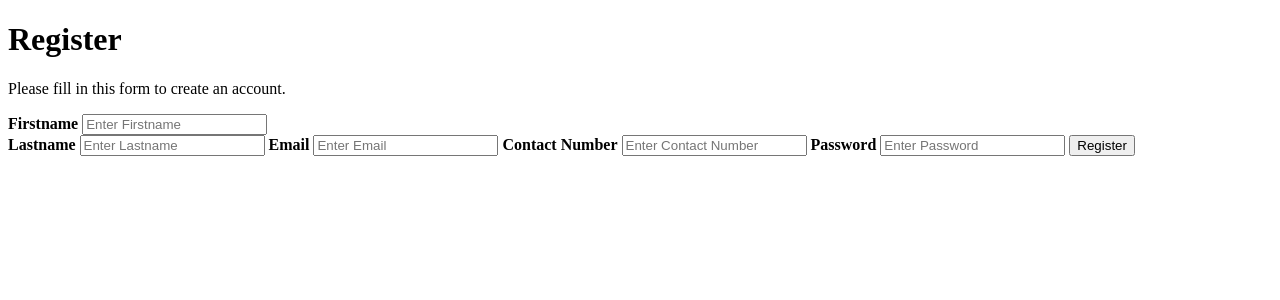
Repository: anmolvid/ServletProject
Page: LoginRegistrationApp/WebContent/Registration.html
The author's editor kept a copy of each file at every save. The page is drawn from the files as they stood at one save, then again after the next save.
The browser window is 1280 px wide. The pictures show the whole page.

Above is the page before, as saved 2019-01-22 08:59:32.

After the next save:
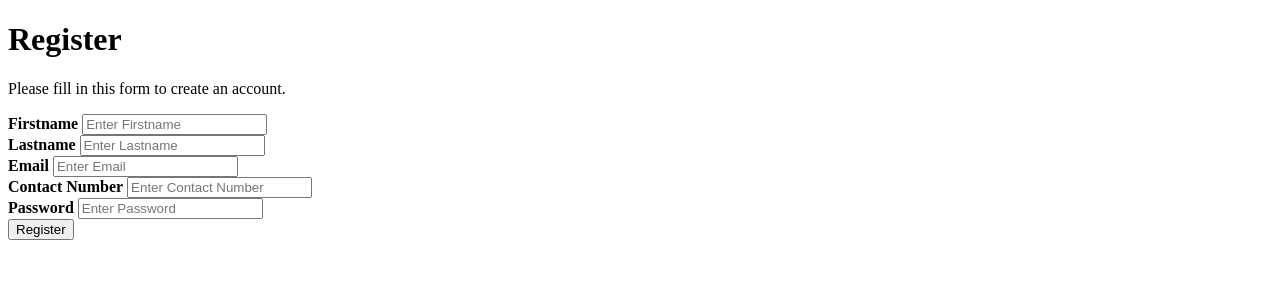
Saved 53 s later.
--- a/LoginRegistrationApp/WebContent/Registration.html
+++ b/LoginRegistrationApp/WebContent/Registration.html
@@ -20,11 +20,17 @@
     <label for="lastname"><b>Lastname</b></label>
     <input type="text" placeholder="Enter Lastname" name="lastname" >
 
+    <div>
+
     <label for="email"><b>Email</b></label>
     <input type="text" placeholder="Enter Email" name="email" >
 
+   </div>
+
     <label for="contactno"><b>Contact Number</b></label>
     <input type="text" placeholder="Enter Contact Number" name="email" >
+
+    <div>
 
     <label for="psw"><b>Password</b></label>
     <input type="password" placeholder="Enter Password" name="psw" >
